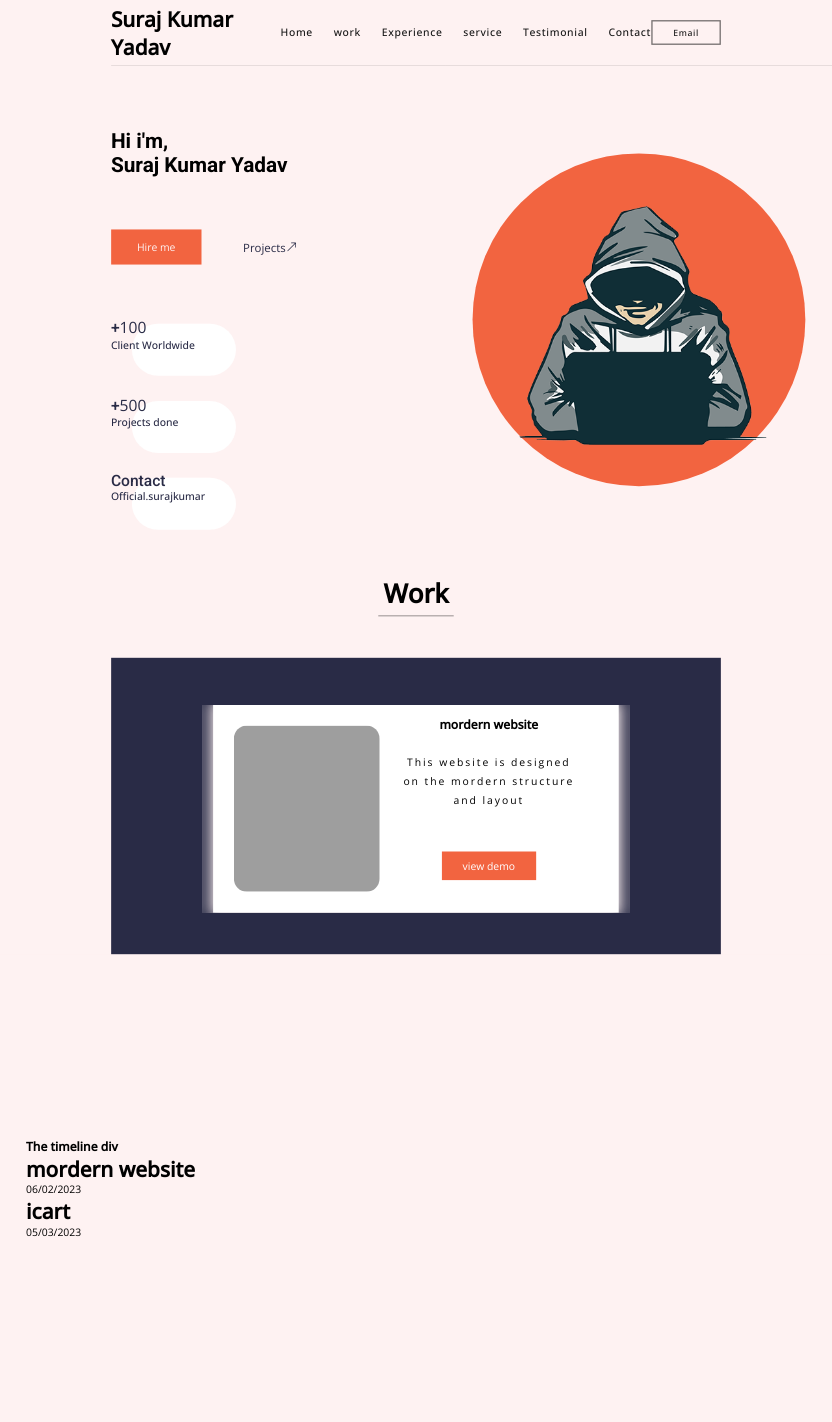
Repository: suraj-yadav7/portfolio-reactjs
Page: /
An editor plug-in stored every save of this project. The page is shown before and after the next save, followed by the edit.
The browser window is 1280 px wide. The pictures show the whole page, at 65% of full size.
Pictures or frames that could not be fetched are drawn as grey boxes. The project was rebuilt for these pictures with package versions that can differ from the ones it lists, and the page was loaded fresh each time.

Above is the page before, as saved 2023-04-10 18:58:58.

### src/index.js
import React from 'react';
import ReactDOM from 'react-dom/client';
import App from './App';
import './styles/app.scss'

const root = ReactDOM.createRoot(document.getElementById('root'));
root.render(
  <React.StrictMode>
    <App />
  </React.StrictMode>
);

### src/App.js
import Header from "./components/Header";
import Home from "./components/Home";
import Work from "./components/Work";
import Timeline from "./components/Timeline";


function App() {
  return (
    <>
      <Header/>
      <Home/>
      <Work/>
      <Timeline/>
    </>
  );
}

export default App;

### src/styles/app.scss
@import url('https://fonts.googleapis.com/css2?family=Open+Sans:wght@300;400;500&family=Roboto:ital,wght@0,300;0,500;0,700;1,700&display=swap');


@import "statics";
@import "animation";
@import "header";
@import "home";
@import "work";
@import "timeline";


* {
  margin: 0%;
  padding: 0%;
  font-family: $text2;
  box-sizing: border-box;
  scroll-behavior: smooth;
}
a {
  text-decoration: none;
}

body {
  background-color: $color1;
  overflow-x: hidden;
}

.disableBtn {
  color: $color6 !important;
  background-color: rgb(191, 191, 191) !important;
  cursor: not-allowed !important;
}

#customMessage {
  font: 900 2rem $text2;
  width: 100%;
  height: 100vh;
  display: grid;
  place-items: center;
}

/*
@import "statics";
@import "animation";
@import "header";  //the statice values are available to header bcz statics is "import" above ii
@import "home";
@import "work";

*{
    margin:0;
    padding:0;
    box-sizing: border-box;
    font-family: $text1;
    scroll-behavior: smooth;
}
a{
    text-decoration: none;
}

body{
    background-color: $color1;
    overflow-x: hidden;
}

.disableBtn {
    background-color: rgb(237,237,237);
    cursor: not-allowed;
}
*/

### src/components/Header.jsx


import React from "react"

const Header = ()=>{
    return(
        <nav>
            <NavContent/>
        </nav>
    )
};

const NavContent = () =>{
    return(

        <>
        <h2>Suraj Kumar Yadav</h2>
        <div>
            <a href="#home">Home</a>
            <a href="#work">work</a>
            <a href="#timeline">Experience</a>
            <a href="#service">service</a>
            <a href="#testimonial">Testimonial</a>
            <a href="#Contact">Contact</a>
        </div>
        <a href="mailto: official.surajkumar@gmail.com">
            <button>Email</button>
        </a>
        </>
        )
}


export default Header;

### src/components/Home.jsx
import { BsArrowUpRight, BsChevronDown } from "react-icons/bs";
import {React,useRef} from 'react'
import { animate, motion } from "framer-motion"
// import { Typewriter} from 'typewriter-effect'
import me from "../assets/me.png"


const Home = () => {

  const clientCount = useRef(null)
  const projectCount = useRef(null)

  const animationClientCount = ()=>{
        animate(0,100,{
          duration: 1,
          onUpdate:(v)=>(clientCount.current.textContent=v.toFixed())
        })
  }


  const animationProjectCount = ()=>{
    animate(0,500,{
      duration: 1,
      onUpdate:(v)=>(projectCount.current.textContent=v.toFixed())
    })
}

  const animation = {
    h1: {
      initial: {
        x: "-100%",
        opacity: 0
      },
      whileInView: {
        x: 0,
        opacity: 1
      }
    },
    button: {
      initial: {
        y: "-100%",
        opacity: 0
      },
      whileInView: {
        y: 0,
        opacity: 1
      }
    }
  }

  return (
    <>
      <div id="home">
        <section>
          <div>
            <motion.h1 {...animation.h1} >
              Hi i'm, <br /> Suraj Kumar Yadav
            </motion.h1>

            {/* <Typewriter options={{
              strings:["A developer", "A Designer"],
              autoStart: true,
              loop: true,
              wrapperClassName:"typewriterpara"

            }} />  */}


            <div>
              <a href="mailto:surajkumar@gmail.com">Hire me</a>
              <a href="#work">Projects <BsArrowUpRight /></a>
            </div>

            <article>
              <p>
                +<motion.span whileInView={animationClientCount} ref={clientCount}>100</motion.span>
              </p>
              <span>Client Worldwide</span>
            </article>

            <aside>
              <article>
                <p>
                  +<motion.span ref={projectCount} whileInView={animationProjectCount}>5000</motion.span>
                </p>
                <span>Projects done</span>
              </article>
            </aside>

            <article>
              <p>
                Contact</p>
              <span>Official.surajkumar</span>
            </article>
          </div>
        </section>

        <section>
          <img src={me} alt="myimage"></img>
        </section>
      </div>
    </>
  )
}

export default Home

### src/components/Work.jsx
import React from 'react'
import { Carousel } from 'react-responsive-carousel'
import "react-responsive-carousel/lib/styles/carousel.min.css"
import data from "../assets/data.json"

const Work = () => {
  return (
  <>
  <div id='work'>
    <h2>Work</h2>
    <section>
        <article>
            <Carousel showArrows={false}
            showIndicators={false}
            showStatus={false}
            showThumbs={false}
            interval={2000}
            infiniteLoop={true}
            autoPlay={true}
             >
                {
                    data.projects.map(i=>(
                        <div key={i.key} className="workItem">
                            <img src={i.imgSrc} href={i.title}/>
                            <aside>
                                <h3>{i.title}</h3>
                                <p>{i.description}</p>
                                <a href={i.url} target="blank"> view demo </a>
                            </aside>
                        </div>
                    ))
                }
            </Carousel>
        </article>
    </section>
  </div>
  </>
  )
}

export default Work

### src/components/Timeline.jsx
import React from "react";
import data from "../assets/data.json"

const Timeline=()=>{
    return(
        <>
        <div id="timeline">
            <div className="timelineBox">
                <h3>The timeline div </h3>
                    {
            data.projects.map((item,index)=>(
                <TimelineItem heading={item.title} text={item.date} index={index} key={index }/>
                ))
            }
            </div>
        </div>
        </>
    )
}


const TimelineItem =({heading,text,index})=>(

        <>
    <div className={`timelineItem ${index%2===0?"leftTimeline":"rightTimeline"}`}>
        <h1>{heading}</h1>
        <p>{text}</p>

    </div>
    </>
    )




export default Timeline;

### src/styles/statics.scss
$text1:"Roboto", sans-serif;
$text2:"Open sans", sans-serif;

$color1: #fef2f2;
$color2: #286f6c;
$color2_1: #174340;
$color3: #f26440;
$color3_1: #ad4126;
$color3_light: rgb(249 141 141);
$color4: #fff;
$color5: #292b46;
$color6: #161616;
$color6_1: #16161698;
$color6_2: #16161622;


$p: 13.33vmax;
$p_md: 7vmax;
$p_base: 5vmax;
$p_base_INVERSE: 10vmax 15vmax;
$p_sm: 2vmax;
$p_sm_inverse: 13vmax 0;
$p_zero: 0;

### src/styles/animation.scss

@keyframes animateSvg {
    to {
      transform: translate(-50%, -10px);
    }
  }

  @keyframes upanddown {
    to {
      transform: translateY(-5px);
    }
  }

  @keyframes upupdowndown {
    to {
      transform: translateY(-10px);
    }
  }

### src/styles/header.scss


nav{
    width:100%;
    height:100px;
    background-color: $color1;
    display: flex;
    align-items: center;
    justify-content: space-between;
    padding: 0px $p;
    position: sticky;
    top:0;
    z-index: 60%;
    >h2{
        font-size:2rem;
    }
    >div{
        display: flex;
        align-items: center;
        gap:2rem;
        a{
            color: $color6;
            font-weight: 500;
            transition: all 0.3s;
            letter-spacing: 1px;
            &:hover{
                color:$color3;
            }
        }
    }
    >a >button{
        border: 2px solid $color6_1;
        padding: 0.5rem 2rem;
        background-color: $color1;
        cursor: pointer;
        color: $color6;
        letter-spacing: 1px;
        font-weight: 500;
        transition: all 0.3s;
        &:hover{
           background-color: $color6;
            color: $color4;
        }
    }
}

### src/styles/home.scss
#home {
    width: 100%;
    height: 90vh;
    display: flex;

    > section {
      width: 100%;

      &:first-of-type {
        padding-left: $p;

        > div {
          border-top: 1px solid $color6_2;
          height: 100%;
          padding-top: 6rem;
          > h1 {
            font: 600 2rem $text1;
          }

        //   .typewriterpara {
        //     margin: 20px 0;
        //     height: 20px;
        //     letter-spacing: 5px;
        //   }

          > div {
            display: flex;
            margin: 5rem 0;
            width: 70%;
            gap: 4rem;
            align-items: center;
            > a {
              &:first-of-type {
                background-color: $color3;
                color: $color1;
                padding: 1rem 2.5rem;
                transition: all 0.3s;
                &:hover {
                  background-color: $color3_1;
                }
              }
              &:last-of-type {
                font: 400 1.1rem $text2;
                color: $color5;
                display: flex;
                align-items: center;
              }
            }
          }

          aside {
            display: flex;
            justify-content: space-between;
            width: 70%;
          }

          article {
            margin: 2rem 0;
            width: 10rem;
            color: $color5;
            position: relative;

            &::after {
              content: "";
              background-color: $color4;
              width: 100%;
              height: 5rem;
              border-radius: 50px;
              position: absolute;
              top: 20%;
              left: 20%;
              z-index: -1;
            }
            > p {
              font: 400 1.5rem $text1;
            }
            > span {
              font: 500 1rem $text2;
            }
          }

          article[data-special] {
            width: 16rem;
          }
        }
      }

      &:last-of-type {
        border-top: 1px solid $color6_2;
        display: flex;
        flex-direction: column;
        justify-content: flex-end;
        align-items: center;
        overflow-x: hidden;

        &::after {
          content: "";
          width: 40vmax;
          height: 40vmax;
          background-color: $color3;
          position: absolute;
          z-index: -1;
          border-radius: 50%;
        }

        > img {
          width: 40vmax;
          object-fit: contain;
          height: 40vmax;
        }
      }
    }


  }

### src/styles/work.scss
#work {
    width: 100%;
    height: 100vh;
    padding: 8rem $p;
    > h2 {
      font: 700 2.5rem $text2;
      width: fit-content;
      border-bottom: 1px solid $color6_1;
      padding: 0.5rem;
      margin: auto;
    }

    > section {
      margin-top: 4rem;
      width: 100%;
      height: 100%;
      background-color: $color5;
      display: flex;
      align-items: center;
      justify-content: center;

      > article {
        width: 70%;
        height: 25vmax;
      }

      .workItem {
        overflow-y: auto;
        height: 25vmax;
        width: 95%;
        margin: auto;
        background-color: $color4;
        display: flex;
        padding: 2rem;
        box-shadow: 0 0 20px 5px $color1;

        > img {
          border-radius: 20px;
          width: 40%;
          object-fit: cover;
        }

        > aside {
          width: 60%;
          display: flex;
          flex-direction: column;
          justify-content: center;
          align-items: center;

          > p {
            letter-spacing: 3px;
            line-height: 180%;
            margin: 2rem;
          }
          > a {
            background-color: $color3;
            padding: 0.7rem 2rem;
            margin: 2rem;
            color: $color4;
            transition: all 0.5s;
            &:hover {
              background-color: $color3_1;
            }
          }
        }
      }
    }
  }

### src/styles/timeline.scss
#timeline {
    width: 100%;
    height: 100vh;
    background-color: $color1;

    .timelineBox {
    width: 100%;
    height: 100%;
    position: relative;
    max-width: 1200px;
    margin:0 auto;
    display: flex;
    flex-direction: column;
    justify-content: center;
        &::hover{
            content:"";
            position:absolute;
            width: 6px;
            top: 0;
            bottom: 0;
            background-color: $color5;
            left: 50%;
            margin-left: -3px;
        }
    }

    }

### src/assets/data.json
{

    "projects" :[
        {
            "date":"06/02/2023",
            "title" : "mordern website",
            "description" : "This website is designed on the mordern structure and layout",
            "url" : "https://www.pixabay.com",
            "imgSrc" : "https://cdn.pixabay.com/photo/2017/05/10/12/41/hacker-2300772_1280.jpg"

        },
        {
            "date":"05/03/2023",
            "title" : "icart",
            "description" : "This website is designed on the mordern structure and layout of ecommerce website",
            "url" : "https://www.pixabay.com",
            "imgSrc" : "https://pixabay.com/photos/hacker-silhouette-hack-anonymous-3342696/"
        }

    ]

}

Loaded but not shown: public/index.html (common file)

After the next save:
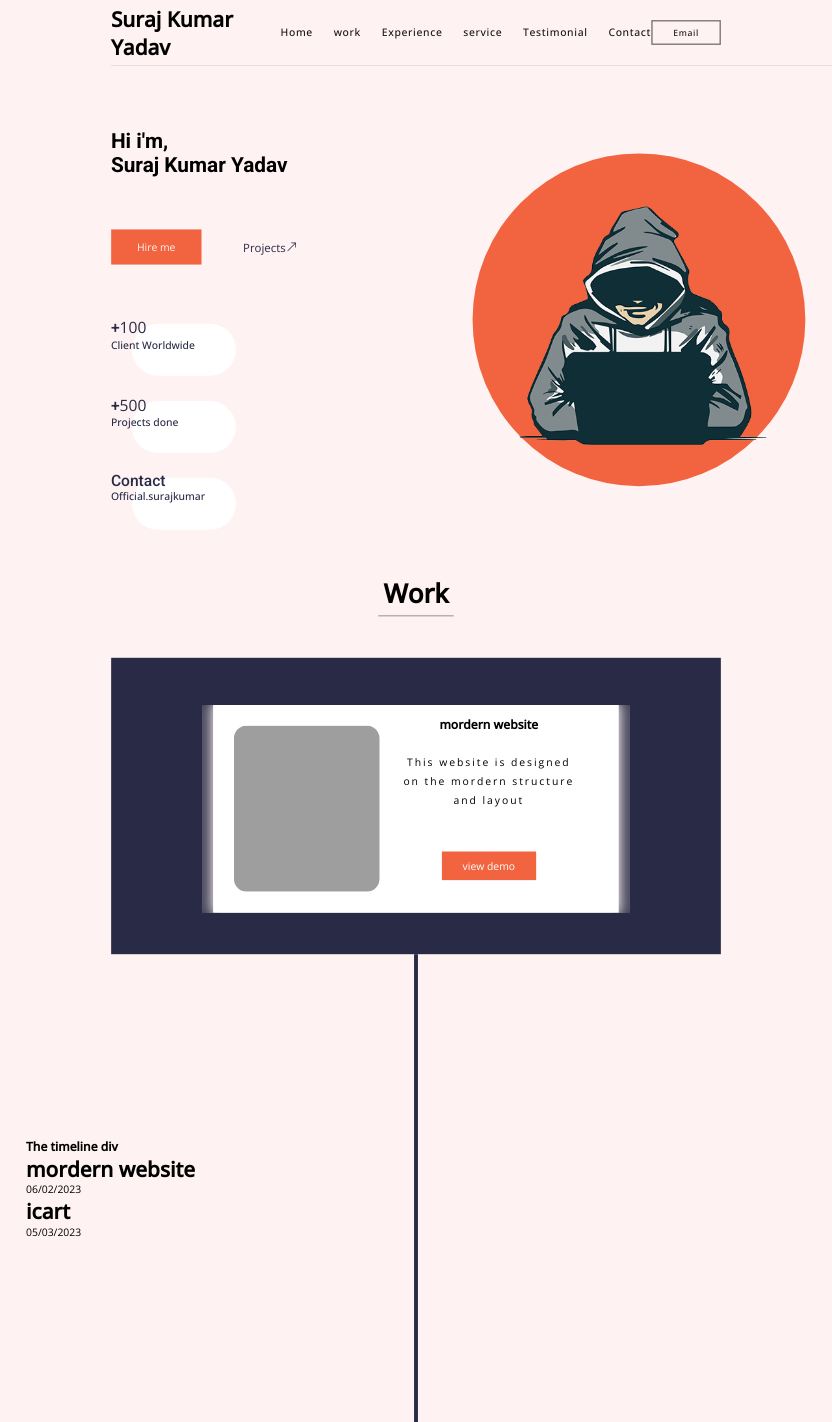
Saved 56 s later.
--- a/src/styles/timeline.scss
+++ b/src/styles/timeline.scss
@@ -12,7 +12,7 @@
     display: flex;
     flex-direction: column;
     justify-content: center;
-        &::hover{
+        &::after{
             content:"";
             position:absolute;
             width: 6px;
